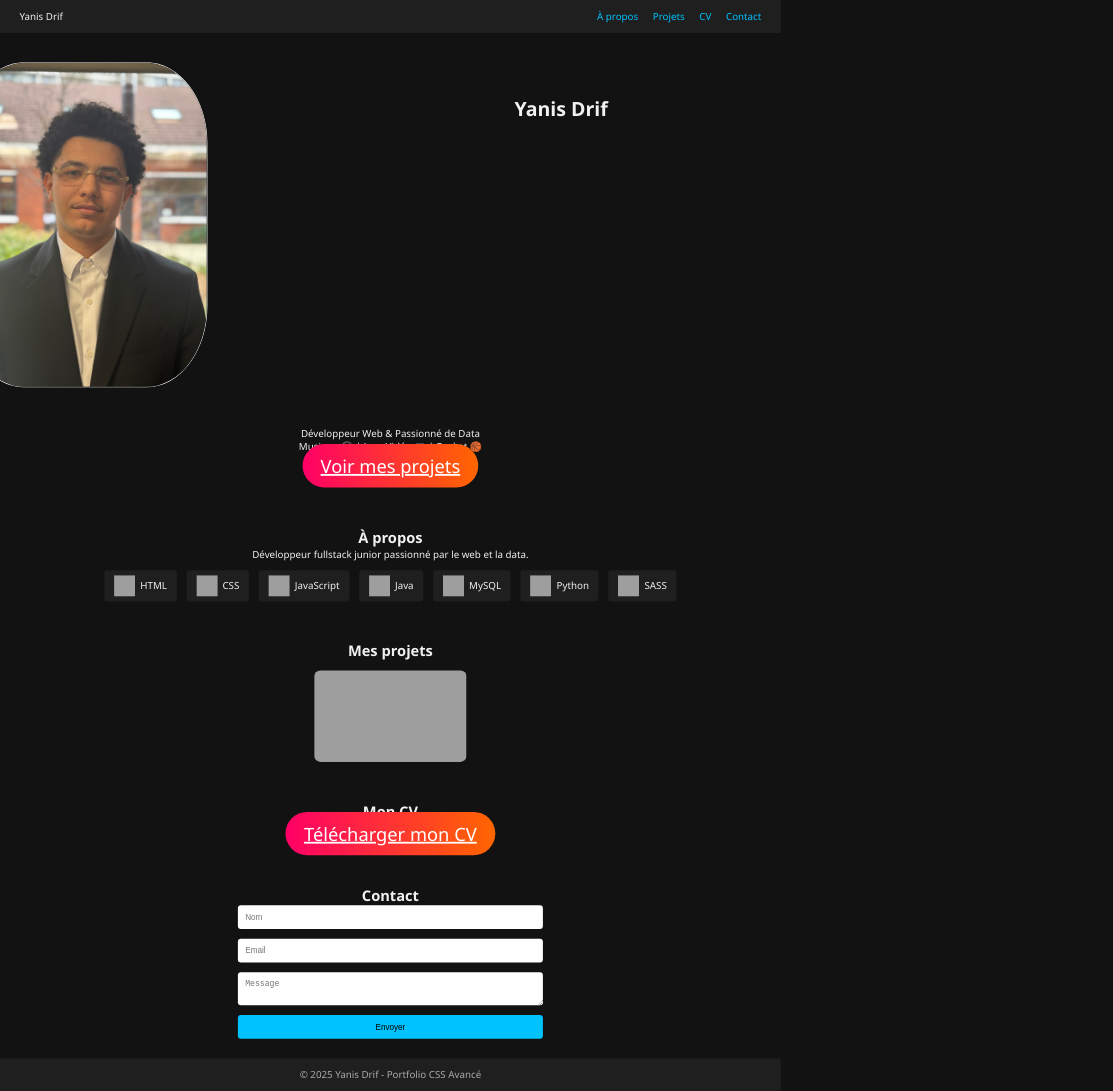
Repository: Yxniiss/ProjetCssAvance
Page: OneDrive/Bureau/Portfolio DrifYanis/home.html
An editor plug-in stored every save of this project. The page is shown before and after the next save, followed by the edit.
The browser window is 1280 px wide. The page is 1544 px wide, then 1824 px, so the pictures cover 1824 px, including what lies to the right of the window. The pictures show the whole page, at 61% of full size.
Pictures or frames that could not be fetched are drawn as grey boxes.

Above is the page before, as saved 2025-04-10 10:32:28.
Console error: TypeError: Cannot set properties of null (setting 'textContent')

### OneDrive/Bureau/Portfolio DrifYanis/home.html
<!DOCTYPE html>
<html lang="fr">
<head>
  <meta charset="UTF-8" />
  <meta name="viewport" content="width=device-width, initial-scale=1.0" />
  <title>Portfolio - Yanis Drif</title>
  <link rel="stylesheet" href="/style.css" />
  <script defer src="/script.js"></script>
</head>
<body>
  <nav class="navbar">
    <div class="logo">Yanis Drif</div>
    <ul class="nav-links">
      <li><a href="#apropos">À propos</a></li>
      <li><a href="#projets">Projets</a></li>
      <li><a href="#cv">CV</a></li>
      <li><a href="#contact">Contact</a></li>
    </ul>
  </nav>

  <header class="hero">
    <img src="/image/IMG_0965 (2).jpeg" alt="Photo de profil" class="hero__image" />
    <div class="hero__content">
      <h1 class="hero__name">Yanis Drif</h1>
      <p class="hero__tagline">Développeur <span>Web</span> & Passionné de Data</p>
      <p class="hero__desc">Musique 🎧 | Jeux Vidéo 🎮 | Basket 🏀</p>
      <a href="#projets" class="btn">Voir mes projets</a>
    </div>
  </header>

  <section id="apropos" class="section about">
    <h2>À propos</h2>
    <p>Développeur fullstack junior passionné par le web et la data.</p>
    <div class="skills">
      <div class="skill"><img src="https://devicon-website.vercel.app/api/html5/original-wordmark.svg" alt="HTML">HTML</div>
      <div class="skill"><img src="https://devicon-website.vercel.app/api/css3/original-wordmark.svg" alt="CSS">CSS</div>
      <div class="skill"><img src="https://devicon-website.vercel.app/api/javascript/original.svg" alt="JavaScript">JavaScript</div>
      <div class="skill"><img src="https://devicon-website.vercel.app/api/java/original-wordmark.svg" alt="Java">Java</div>
      <div class="skill"><img src="https://devicon-website.vercel.app/api/mysql/plain-wordmark.svg" alt="MySQL">MySQL</div>
      <div class="skill"><img src="https://devicon-website.vercel.app/api/python/original-wordmark.svg" alt="Python">Python</div>
      <div class="skill"><img src="https://devicon-website.vercel.app/api/sass/original.svg" alt="SASS">SASS</div>
    </div>
  </section>

  <section id="projets" class="section projets">
    <h2>Mes projets</h2>
    <div class="projects carousel">
      <img src="img/Capture d'écran 2025-04-09 23345.png" alt="Projet 1"/>
      <img src="/img/Capture d'écran 2025-04-09 12402 (1).png" alt="Projet 2" />
      <img src="/img/ChatGPT Image 9 avr. 2025, 23_49_51.png" alt="Projet 3" />
    </div>
  </section>

  <section id="cv" class="section cv">
    <h2>Mon CV</h2>
    <a href="/doc/CV Yanis (1) (1).pdf" download class="btn">Télécharger mon CV</a>
  </section>

  <section id="contact" class="section contact">
    <h2>Contact</h2>
    <form class="contact-form">
      <input type="text" placeholder="Nom" required />
      <input type="email" placeholder="Email" required />
      <textarea placeholder="Message" required></textarea>
      <button type="submit">Envoyer</button>
    </form>
  </section>

  <footer>
    <p>&copy; 2025 Yanis Drif - Portfolio CSS Avancé</p>
  </footer>
</body>
</html>

### OneDrive/Bureau/Portfolio DrifYanis/style.css
* {
    margin: 0;
    padding: 0;
    box-sizing: border-box;
  }

  body {
    font-family: "Segoe UI", sans-serif;
    background-color: #121212;
    color: #f1f1f1;
  }

  .navbar {
    display: flex;
    justify-content: space-between;
    padding: 1rem 2rem;
    background-color: #1f1f1f;
  }

  .nav-links {
    display: flex;
    list-style: none;
    gap: 1.5rem;
  }

  .nav-links a {
    color: #00c2ff;
    text-decoration: none;
  }

  .hero {
    padding: 3rem 1rem;
    text-align: center;

  }

  .hero__name{
    position: relative;
    left: 280px;
    bottom:500px;

  }



  .hero__image {
    border-radius: 25%;
    width: 400px;
    border: 1px solid #ffffff;
    margin-bottom: 1rem;
    position: relative;
    right:500px ;
  }

  .section {
    padding: 2rem 1rem;
    text-align: center;
  }

  .projects {
    display: flex;
    justify-content: center;
    gap: 1rem;
    flex-wrap: wrap;
    margin-top: 1rem;
  }

  .projects img {
    width: 250px;
    height: 150px;
    -o-object-fit: cover;
       object-fit: cover;
    border-radius: 10px;
  }

  .skills {
    display: flex;
    flex-wrap: wrap;
    gap: 1rem;
    justify-content: center;
    margin-top: 1rem;
  }

  .skill {
    display: flex;
    align-items: center;
    gap: 0.5rem;
    background-color: #1f1f1f;
    padding: 0.5rem 1rem;
    border-radius: 5px;
  }

  .skill img {
    width: 35px;
    height: 35px;
  }

  footer {
    padding: 1rem;
    text-align: center;
    background-color: #1f1f1f;
    color: #aaa;
  }

  .btn {
    padding: 15px 30px;
    font-size: 30px;
    color:white;
    background: linear-gradient(90deg, #ff0066, #ff6600);
    border:none;
    border-radius: 50px;
    cursor: pointer;
    box-shadow: 0 4px 15px rgba(255,0,102,0);
    transition: box-shadow 0.3s ease, transform 0.3s ease;
  }

  .btn:hover{
    box-shadow: 0 10px 20px rgba(255,0,102,0.5);
    transform: translateY(-3px);
  }

  .contact-form {
    max-width: 500px;
    margin: auto;
    display: flex;
    flex-direction: column;
    gap: 1rem;
  }

  .contact-form input,
  .contact-form textarea {
    padding: 0.75rem;
    border: none;
    border-radius: 5px;
  }

  .contact-form button {
    background-color: #00c2ff;
    color: #000;
    padding: 0.75rem;
    border: none;
    border-radius: 5px;
    cursor: pointer;
  }

  .start h1{
    text-align: left;
    margin-top: 100px;
    font-size: 35px;
    margin-left: 100px;
  }

  .start h2{
    text-align: left;
    margin-top: 1px;
    font-size: 70px;
    margin-left: 100px;
  }

  .start h3{
    text-align: left;
    margin-top: 1px;
    font-size: 35px;
    margin-left: 100px;
  }

  #mot {
    color:#00c2ff;
  }

  #cursor{
    display: inline-block;
    width: 10px;
    background-color:black;
    animation: blink 0.8s step-end infinite;
  }

  @keyframes blink{
    50% {
      opacity: 0;
    }
  }

  @keyframes typing{
    from{
      width: 0;
    }
    to{
      width: 100%;
    }
  }

  #main{
    opacity: 0;
    transform: translateY(0);
    transition: opacity 5s ease, transform 5s ease;
  }

  body.loaded #main{
    opacity: 1;
    transform: translateY(0);
  }


  .start p{
    text-align: left;
    margin-left: 100px;
    margin-top: 20px;
    font-size: 20px;
  }

  .ntwrks {
    position: absolute;
    top: 410px;
    left: 110px;
    display: flex;
    flex-wrap: wrap;
    gap: 1rem;
  }

  .ntwrk {
    display: flex;
    align-items: center;
    gap: 0.5rem;
    background-color: #1f1f1f;
    padding: 1rem 1rem;
    border-radius: 100px;
    transition: 0.3s ease, opacity 0.3s ease;
  }

  .ntwrk:hover{
    transform: scale(1.2);
    opacity: 0.8;
  }

  .ntwrk img {
    width: 30px;
    height: 30px;
  }

  .modern-button{
    background-color:#00c2ff;
    font-size: 16px;
    font-weight: bold;
    border:none;
    padding: 15px 30px;
    border-radius: 25px;
    cursor: pointer;
    outline: none;
    position: relative;
    right:550px;
    top:120px;
    animation:glow 1.5s infinite alternate;
    transition: 0.3s ease, opacity 0.3s ease;
  }

  .modern-button a{
    color:white;
    text-decoration: none;
  }

  .modern-button:hover{
    transform: scale(1.2);
    opacity: 1;
  }

  @keyframes glow{
    0%{
      box-shadow: 0 0 10px 5px rgba(0, 194, 255, 0.6), 0 0 20px 10px rgba(0, 194, 255, 0.4);
    }
    100%{
      box-shadow: 0 0 20px 10px rgba(0, 194, 255, 1), 0 0 30px 15px rgba(0, 194, 255, 0.8);
    }
  }

  .image{
    max-width: 30%;
    position: relative;
    bottom: 350px;
    left: 350px;
  }

### OneDrive/Bureau/Portfolio DrifYanis/script.js

document.addEventListener('DOMContentLoaded', () => {
    // Scroll fluide
    document.querySelectorAll('a[href^="#"]').forEach(anchor => {
      anchor.addEventListener('click', function (e) {
        e.preventDefault();
        const target = document.querySelector(this.getAttribute('href'));
        if (target) {
          target.scrollIntoView({ behavior: 'smooth' });
        }
      });
    });

    // Carrousel automatique
    const images = document.querySelectorAll('.carousel img');
    let currentIndex = 0;

    function showSlide(index) {
      images.forEach((img, i) => {
        img.style.display = i === index ? 'block' : 'none';
      });
    }

    function nextSlide() {
      currentIndex = (currentIndex + 1) % images.length;
      showSlide(currentIndex);
    }

    if (images.length > 0) {
      showSlide(currentIndex);
      setInterval(nextSlide, 3000); // change every 3 seconds
    }
  });

  const mot = ["Etudiant", "Developpeur web", "Pasionné de code","Developpeur fullstack"];
  let index = 0;
  const element = document.getElementById("mot");
  const cursor = document.getElementById("cursor");

  let typingInterval;
  let currentWord = "";
  let currentCharIndex = 0;

  function  commencerTypingAnimation(){
    currentWord=mot[index];
    currentCharIndex = 0;
    element.textContent = '';

    typingInterval = setInterval(() =>{
      element.textContent += currentWord.charAt(currentCharIndex);
      currentCharIndex++;

      if(currentCharIndex === currentWord.length){
        clearInterval(typingInterval);
        setTimeout(changerMot,1000);
      }
    },150);
  }

  function changerMot(){
    element.textContent=mot[index];
    index++;
    if(index===mot.length){
      index=0;
    }
    commencerTypingAnimation();
  }
  commencerTypingAnimation();

  window.addEventListener('load', function () {
    document.body.classList.add('loaded');
  });

After the next save:
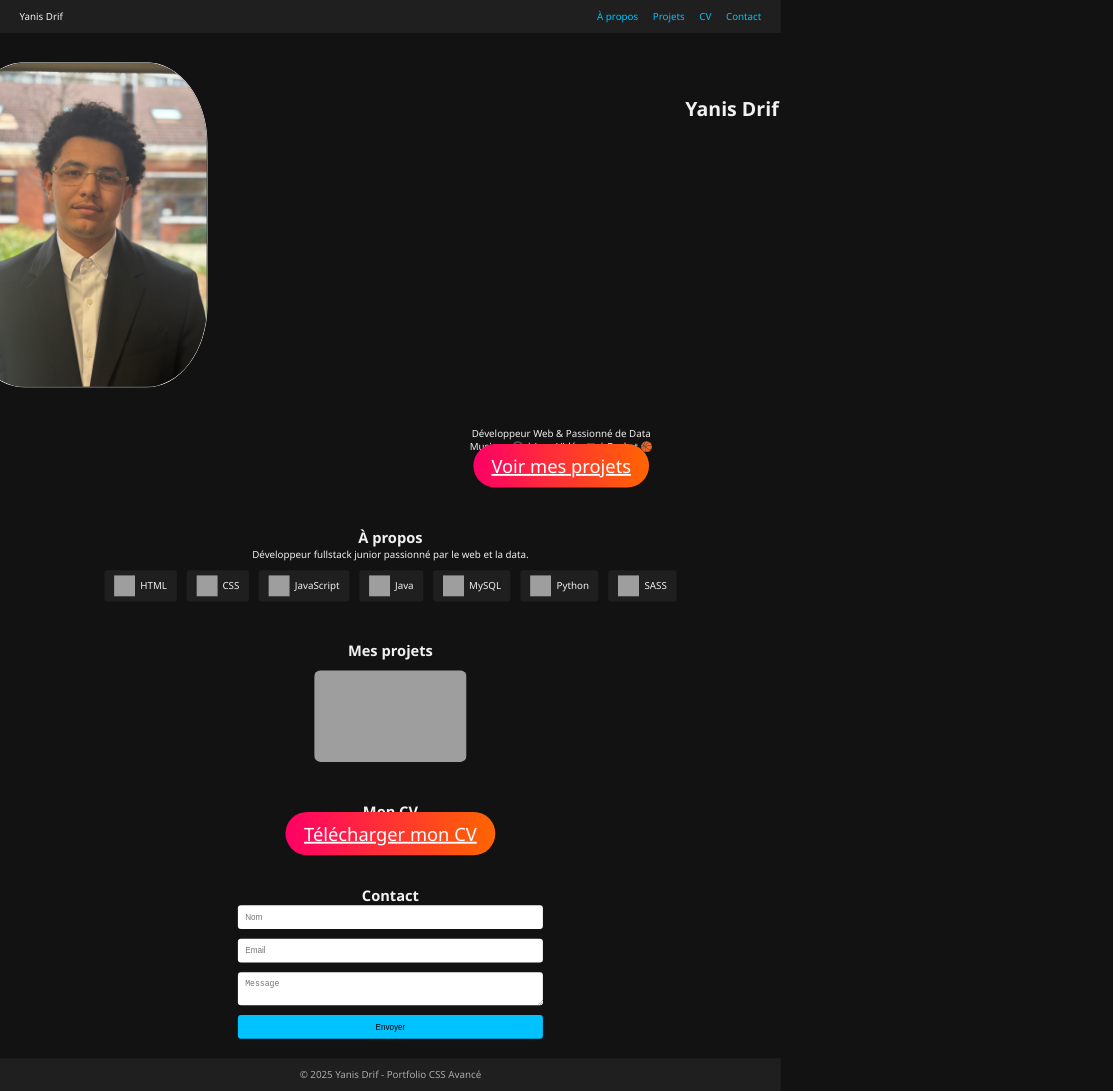
Saved 67 s later.
--- a/OneDrive/Bureau/Portfolio DrifYanis/style.css
+++ b/OneDrive/Bureau/Portfolio DrifYanis/style.css
@@ -41,7 +41,10 @@
 
   }
 
-
+  .hero__content{
+    position: relative;
+    left:280px
+  }
 
   .hero__image {
     border-radius: 25%;
